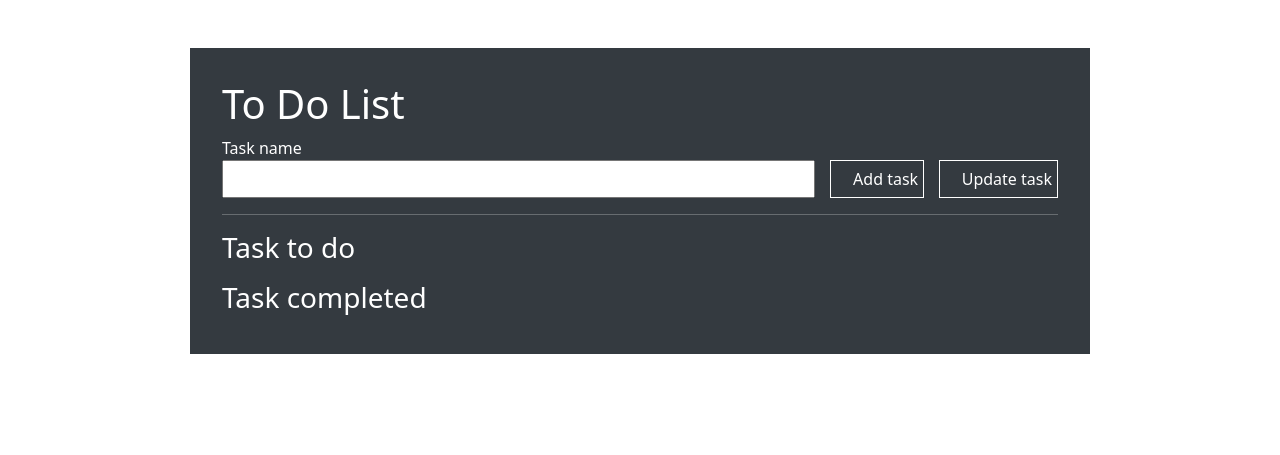
Repository: JVJuvi/ToDoList-jsonplaceholder
Page: /
An editor plug-in stored every save of this project. The page is shown before and after a run of saves, followed by the edit.
The browser window is 1280 px wide. The pictures show the whole page.
The page's requests for data from a server got no answer. Some web fonts or font styles are not loaded; a fallback is used. The project was rebuilt for these pictures with package versions that can differ from the ones it lists, and the page was loaded fresh each time. No one was signed in, and anything a server would have sent is missing.

Above is the page before, as saved 2021-12-05 10:47:06.

### src/index.js
import React from 'react';
import ReactDOM from 'react-dom';
// import './index.css';
import App from './App';
import "bootstrap/dist/css/bootstrap.min.css";
//setup redux
import { Provider } from 'react-redux';
import { store } from './redux/RootReducer';
//boxicon
import './assets/boxicons-2.0.9 2/css/boxicons.min.css'

ReactDOM.render(
  <Provider store={store}>
    <App />
  </Provider>,
  document.getElementById('root')
);

### src/App.js
// import { Route, Router } from 'react-router-dom';
import ToDoList from "./Components/ToDoList/ToDoList";
import { Router, Route, Switch } from "react-router";
import { createBrowserHistory } from 'history';
import './css/App.css';


export const history = createBrowserHistory();

function App() {
  return (
    <Router history={history}>
        <Switch>
            <Route path="/todolist" exact component={ToDoList} />
            <Route path="/" exact component={ToDoList} />
        </Switch>
    </Router>
  );
}

export default App;

### src/redux/RootReducer.js
import { applyMiddleware, combineReducers, createStore } from "redux";
import thunk from 'redux-thunk'
import { TodoListReducer } from './reducers/TodoListReducer/TodoListReducer';



const RootReducer = combineReducers({
    TodoListReducer,
})

export const store = createStore(RootReducer, applyMiddleware(thunk))

### src/Components/ToDoList/ToDoList.jsx
import axios from 'axios'
import React, { useEffect, useState } from 'react'
import { Link, NavLink } from 'react-router-dom';
import { useSelector, useDispatch } from 'react-redux';
import { DeleteTaskAction, GetToDoListAction } from '../../redux/actions/TodoListAction/TodoListAction';
import { GetUserAction } from '../../redux/actions/UserAction/UserAction';
import AddTask from './AddTask';
import _ from 'lodash';
import { COMPLETED, EDIT } from '../../redux/types/ToDoListType/ToDoListType';
import TaskTodo from './TaskTodo';

const ToDoList = () => {

    // useSelector
    const {arrToDoList} = useSelector(state => state.TodoListReducer);

    //useDispatch
    const dispatch = useDispatch();

    //useEffect
    useEffect(() => {
        dispatch(GetToDoListAction());
        dispatch(GetUserAction());
    }, []);

    const handleDelete = (id) => {
        dispatch(DeleteTaskAction(id));
    }

    let arrTaskList = _.filter(arrToDoList, {'completed': false});
    let arrCompeted = _.filter(arrToDoList, {'completed': true});

    return (
        <div className="container p-5">
            <div className="todolist">
                <h1>To Do List</h1>
                <div className="taskName">
                    <p>Task name</p>
                    <AddTask />
                </div>
                <hr />
                <div className="taskToDo mt-3">
                    <h3>Task to do</h3>
                    <TaskTodo />
                    {
                        arrTaskList.map((item, index) => (
                            <li key={index} className="list-group-item d-flex justify-content-between align-items-center">
                                <p>{item.title}</p>
                                <span>
                                    <button onClick={() => {
                                        dispatch({
                                            type: EDIT,
                                            payload: item
                                        })
                                    }}><i class='bx bx-edit' ></i></button>
                                    <button onClick={() => {
                                        handleDelete(item.id)
                                    }}><i class='bx bx-trash' ></i></button>
                                    <button onClick={() => {
                                        dispatch({
                                            type: COMPLETED,
                                            payload: item.id,
                                        })
                                    }}><i class='bx bx-check-square' ></i></button>
                                </span>
                            </li>
                        ))
                    }
                </div>
                <div className="taskCompleted mt-3">
                    <h3>Task completed</h3>
                    {
                        arrCompeted.map((item, index) => (
                            <li key={index} className="list-group-item d-flex justify-content-between align-items-center">
                                <p>{item.title}</p>
                                <span>
                                    <button onClick={()=>{
                                        handleDelete(item.id)
                                    }}><i class='bx bx-trash' ></i></button>
                                </span>
                            </li>
                        ))
                    }
                </div>
            </div>
        </div>
    )
}

export default ToDoList

### src/css/App.css
* {
  padding: 0;
  margin: 0;
  -webkit-box-sizing: border-box;
          box-sizing: border-box;
}

p {
  margin-bottom: 0 !important;
}

.user__list {
  display: -webkit-box;
  display: -ms-flexbox;
  display: flex;
  -webkit-box-pack: justify;
      -ms-flex-pack: justify;
          justify-content: space-between;
  text-align: center;
  max-width: 600px;
  margin: 0 auto;
}

.todolist {
  background: #343a40;
  color: #fff;
  max-width: 900px;
  margin: 0 auto;
  padding: 2rem;
}

.todolist h1, .todolist h3 {
  font-weight: 300;
}

.todolist form {
  display: -webkit-box;
  display: -ms-flexbox;
  display: flex;
  -ms-flex-wrap: wrap;
      flex-wrap: wrap;
  gap: 5px;
}

.todolist input, .todolist button {
  padding: 5px;
}

.todolist input {
  -webkit-box-flex: 1;
      -ms-flex: 1 1 25rem;
          flex: 1 1 25rem;
}

.todolist button {
  background: #343a40;
  border: 1px solid #fff;
  margin-left: 10px;
  color: #fff;
  -webkit-transition: all .3s linear;
  transition: all .3s linear;
}

.todolist button:hover {
  color: #343a40;
  background: #e7e4e4;
  border: 1px solid #343a40;
}
/*# sourceMappingURL=App.css.map */

### src/redux/reducers/TodoListReducer/TodoListReducer.js
import _ from "lodash";
import { ADD_TASK, COMPLETED, DELETE_TASK, EDIT, GET_TASK, UPDATE } from "../../types/ToDoListType/ToDoListType";



const stateDefault = {
    arrToDoList: [],
    arrToDo: [],
    arrComplete: [],
    arrEdit: {},
}

export const TodoListReducer = (state = stateDefault, action) => {
    switch(action.type) {
        case GET_TASK: {
            state.arrToDoList = action.payload;
            // state.arrComplete = _.filter(state.arrToDoList, {'completed': true})
            return {...state};
        }

        case ADD_TASK: {
            state.arrToDoList = [...state.arrToDoList, action.payload];
            return {...state};
        }

        case DELETE_TASK: {
            let arrToDoListUpdate = [...state.arrToDoList];
            let arrToDoListAF = arrToDoListUpdate.filter(task => {
                return task.id !== action.payload;
            });
            state.arrToDoList = arrToDoListAF;
            return {...state};
        }

        case COMPLETED: {
            let arrToDoListUpdate = [...state.arrToDoList];
            let index = arrToDoListUpdate.findIndex(item => item.id === action.payload);
            if(index !== -1) {
                arrToDoListUpdate[index].completed = true;
            }
            state.arrToDoList = arrToDoListUpdate;
            return {...state};
        }

        case EDIT: {
            state.arrEdit = action.payload;
            return {...state};
        }

        case UPDATE: {
            let arrToDoListUpdate = [...state.arrToDoList];
            let index = arrToDoListUpdate.findIndex(item => item.id === action.payload.id);
            if(index !== -1) {
                arrToDoListUpdate[index].title = action.payload.title;
            }
            state.arrToDoList = arrToDoListUpdate;
            return {...state};
        }

        default: return {...state};
    }
}

### src/redux/actions/TodoListAction/TodoListAction.js
import { ADD_TASK, GET_TASK, DELETE_TASK, UPDATE } from '../../types/ToDoListType/ToDoListType';


export const GetToDoListAction = () => {
    return async(dispatch) => {
        await fetch('https://jsonplaceholder.typicode.com/users/1/todos')
        .then((res) => res.json())
        .then((data) => dispatch({
            type: GET_TASK,
            payload: data
        }))
        .catch ((error) => {
            console.log('error', error)
        })
    }
}

export const AddTaskAction = (title) => {
    return async(dispatch) => {
        await fetch('https://jsonplaceholder.typicode.com/users/1/todos', {
            method: 'POST',
            body: JSON.stringify({
                userId: 1,
                title: title,
                completed: false,
            }),
            headers: {
                'Content-type': 'application/json; charset=UTF-8',
            },
        })
        .then((res) => {
            if(res.status !== 201) {
                return
            } else {
                return res.json();
            }
        })
        .then((data) => {
            dispatch({
                type: ADD_TASK,
                payload: data
            })
            alert('Add task successful')
        })
        .catch((error) => {
            console.log('error', error);
        })
    }
}

export const DeleteTaskAction = (id) => {
    return async(dispatch) => {
        await fetch(`https://jsonplaceholder.typicode.com/todos/${id}`, {
            method: 'DELETE'
        })
        .then((res) => {
            if(res.status !== 200) {
                return
            } else {
                dispatch({
                    type: DELETE_TASK,
                    payload: id
                })
                alert('Delete task successful')
            }
        })
        .catch((error) => {
            console.log('error', error)
        })
    }
}

export const UpdateTaskAction = (id, title) => {
    return async(dispatch) => {
        await fetch(`https://jsonplaceholder.typicode.com/todos/${id}`, {
            method: 'PUT',
            body: JSON.stringify({
                userId: 1,
                id: id,
                title: title,
                completed: false,
            }),
            headers: {
                'Content-type': 'application/json; charset=UTF-8',
            },
        })
        .then((res) => res.json())
        .then((data) => {
            dispatch({
                type: UPDATE,
                payload: data
            })
            alert('Update task successful')
        })
        .catch((error) => {
            console.log('error', error)
        })
    }
}

### src/redux/actions/UserAction/UserAction.js
import { ADD_USER, DELETE_USER, GET_USER } from '../../types/UserType/UserType';


export const GetUserAction = () => {
    return async(dispatch) => {
        await fetch('https://jsonplaceholder.typicode.com/users/1')
        .then((res) => res.json())
        .then((data) => {
            dispatch({
                type: GET_USER,
                payload: data
            })
            const user = JSON.stringify(data);
            localStorage.setItem('USER', user)
        })
        // .then((data) => {
        //     const user = JSON.stringify(data);
        //     localStorage.setItem('USER', user)
        // })
        .catch((error) => {
            console.log('error', error)
        })
    }
}

// export const AddUserAction = (name, email) => {
//     return async(dispatch) => {
//         await fetch('https://jsonplaceholder.typicode.com/users', {
//             method: 'POST',
//             body: JSON.stringify({
//                 name: name,
//                 email: email,
//             }),
//             headers: {
//                 'Content-type': 'application/json; charset=UTF-8',
//             },
//         })
//         .then((res) => {
//             if(res.status !== 201) {
//                 return
//             } else {
//                 return res.json();
//             }
//         })
//         .then((data) => {
//             dispatch({
//                 type: ADD_USER,
//                 payload: data
//             })
//         })
//         .catch((error) => {
//             console.log('error', error)
//         })
//     }
// }

// export const DeleteUserAction = (id) => {
//     return async(dispatch) => {
//         await fetch(`https://jsonplaceholder.typicode.com/users/${id}`, {
//             method: 'DELETE'
//         })
//         .then((res) => {
//             if(res.status !== 200) {
//                 return
//             } else {
//                 dispatch({
//                     type: DELETE_USER,
//                     payload: id
//                 })
//             }
//         })
//         .catch((error) => {
//             console.log('error', error)
//         })
//     }
// }

### src/Components/ToDoList/AddTask.jsx
import React, { useEffect, useState } from 'react';
import { useDispatch, useSelector } from 'react-redux';
import { AddTaskAction, UpdateTaskAction } from '../../redux/actions/TodoListAction/TodoListAction';

const AddTask = () => {

    //useSelector
    const {arrEdit} = useSelector(state => state.TodoListReducer);

    //state
    const [title, settitle] = useState("");
    const [id, setId] = useState("");

    const dispatch = useDispatch();

    //useEffect
    useEffect(() => {
        settitle(arrEdit.title);
    },[arrEdit.title])

    //useEffect
    useEffect(() => {
        setId(arrEdit.id)
    },[arrEdit.id])

    const handleChange = (e) => {
        settitle(e.target.value);
    }

    const handleSubmit = (e) => {
        e.preventDefault();
        console.log('value',e.target.task.value)
        dispatch(AddTaskAction(e.target.task.value));
    }

    return (
        <form onSubmit={handleSubmit}>
            <input type="text" name="task" value={title} onChange={handleChange}/>
            <button type="submit"><i class='bx bx-plus-medical'></i> Add task</button>
            <button type="button" onClick={()=>{
                dispatch(UpdateTaskAction(id, title))
            }}><i class='bx bx-upload'></i> Update task</button>
        </form>
    )
}

export default AddTask

### src/redux/types/ToDoListType/ToDoListType.js
export const GET_TASK = 'GET_TASK';
export const ADD_TASK = 'ADD_TASK';
export const DELETE_TASK = 'DELETE_TASK';
export const COMPLETED = 'COMPLETED';
export const EDIT = 'EDIT';
export const UPDATE = 'UPDATE';

### src/Components/ToDoList/TaskTodo.jsx
import React from 'react'

const TaskTodo = () => {
    return (
        <div>

        </div>
    )
}

export default TaskTodo

### src/redux/types/UserType/UserType.js
export const GET_USER = 'GET_USER';
export const ADD_USER = 'ADD_USER';
export const DELETE_USER = 'DELETE_USER';

Loaded but not shown: public/index.html (common file); src/assets/boxicons-2.0.9 2/css/boxicons.min.css (library)

After the next 3 saves:
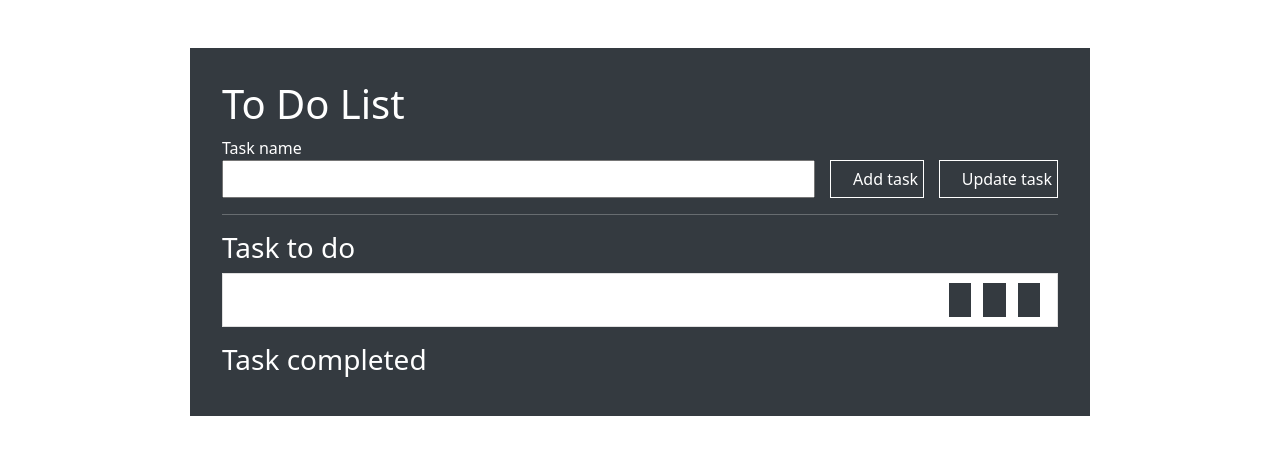
The 3 saves are shown as one change because 2 did not build or start.
The last was saved 76 min 28 s later.
--- a/src/Components/ToDoList/TaskTodo.jsx
+++ b/src/Components/ToDoList/TaskTodo.jsx
@@ -1,10 +1,32 @@
 import React from 'react'
+import { useDispatch } from 'react-redux';
+import { COMPLETED, EDIT } from '../../redux/types/ToDoListType/ToDoListType';
 
-const TaskTodo = () => {
+const TaskTodo = ({title, id, handleDelete}) => {
+
+    const dispatch = useDispatch();
+
     return (
-        <div>
-
-        </div>
+        <li className="list-group-item d-flex justify-content-between align-items-center">
+            <p>{title}</p>
+            <span>
+                <button onClick={() => {
+                    dispatch({
+                        type: EDIT,
+                        payload: item
+                    })
+                }}><i class='bx bx-edit' ></i></button>
+                <button onClick={() => {
+                    handleDelete(id)
+                }}><i class='bx bx-trash' ></i></button>
+                <button onClick={() => {
+                    dispatch({
+                        type: COMPLETED,
+                        payload: id,
+                    })
+                }}><i class='bx bx-check-square' ></i></button>
+            </span>
+        </li>
     )
 }
 

After the 2 saves that followed:
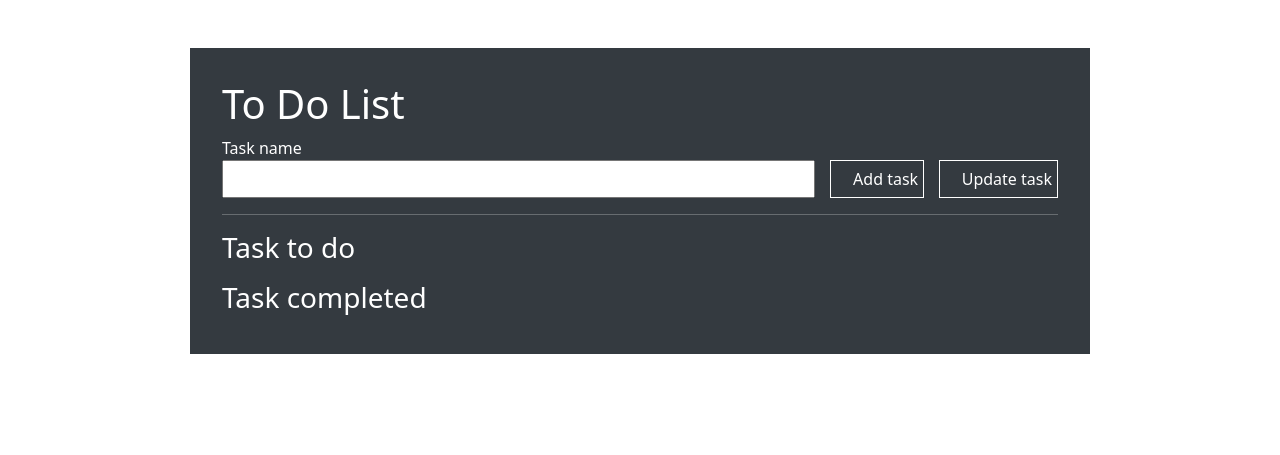
The 2 saves are shown as one change because 1 left the picture as it was.
The last was saved 96 s later.
--- a/src/Components/ToDoList/ToDoList.jsx
+++ b/src/Components/ToDoList/ToDoList.jsx
@@ -41,29 +41,29 @@ const ToDoList = () => {
                 <hr />
                 <div className="taskToDo mt-3">
                     <h3>Task to do</h3>
-                    <TaskTodo />
                     {
                         arrTaskList.map((item, index) => (
-                            <li key={index} className="list-group-item d-flex justify-content-between align-items-center">
-                                <p>{item.title}</p>
-                                <span>
-                                    <button onClick={() => {
-                                        dispatch({
-                                            type: EDIT,
-                                            payload: item
-                                        })
-                                    }}><i class='bx bx-edit' ></i></button>
-                                    <button onClick={() => {
-                                        handleDelete(item.id)
-                                    }}><i class='bx bx-trash' ></i></button>
-                                    <button onClick={() => {
-                                        dispatch({
-                                            type: COMPLETED,
-                                            payload: item.id,
-                                        })
-                                    }}><i class='bx bx-check-square' ></i></button>
-                                </span>
-                            </li>
+                            // <li key={index} className="list-group-item d-flex justify-content-between align-items-center">
+                            //     <p>{item.title}</p>
+                            //     <span>
+                            //         <button onClick={() => {
+                            //             dispatch({
+                            //                 type: EDIT,
+                            //                 payload: item
+                            //             })
+                            //         }}><i class='bx bx-edit' ></i></button>
+                            //         <button onClick={() => {
+                            //             handleDelete(item.id)
+                            //         }}><i class='bx bx-trash' ></i></button>
+                            //         <button onClick={() => {
+                            //             dispatch({
+                            //                 type: COMPLETED,
+                            //                 payload: item.id,
+                            //             })
+                            //         }}><i class='bx bx-check-square' ></i></button>
+                            //     </span>
+                            // </li>
+                            <TaskTodo key={index} item={item} title={item.title} id={item.id} handleDelete={handleDelete} />
                         ))
                     }
                 </div>
--- a/src/Components/ToDoList/TaskTodo.jsx
+++ b/src/Components/ToDoList/TaskTodo.jsx
@@ -2,7 +2,7 @@
 import { useDispatch } from 'react-redux';
 import { COMPLETED, EDIT } from '../../redux/types/ToDoListType/ToDoListType';
 
-const TaskTodo = ({title, id, handleDelete}) => {
+const TaskTodo = ({item, title, id, handleDelete}) => {
 
     const dispatch = useDispatch();
 
